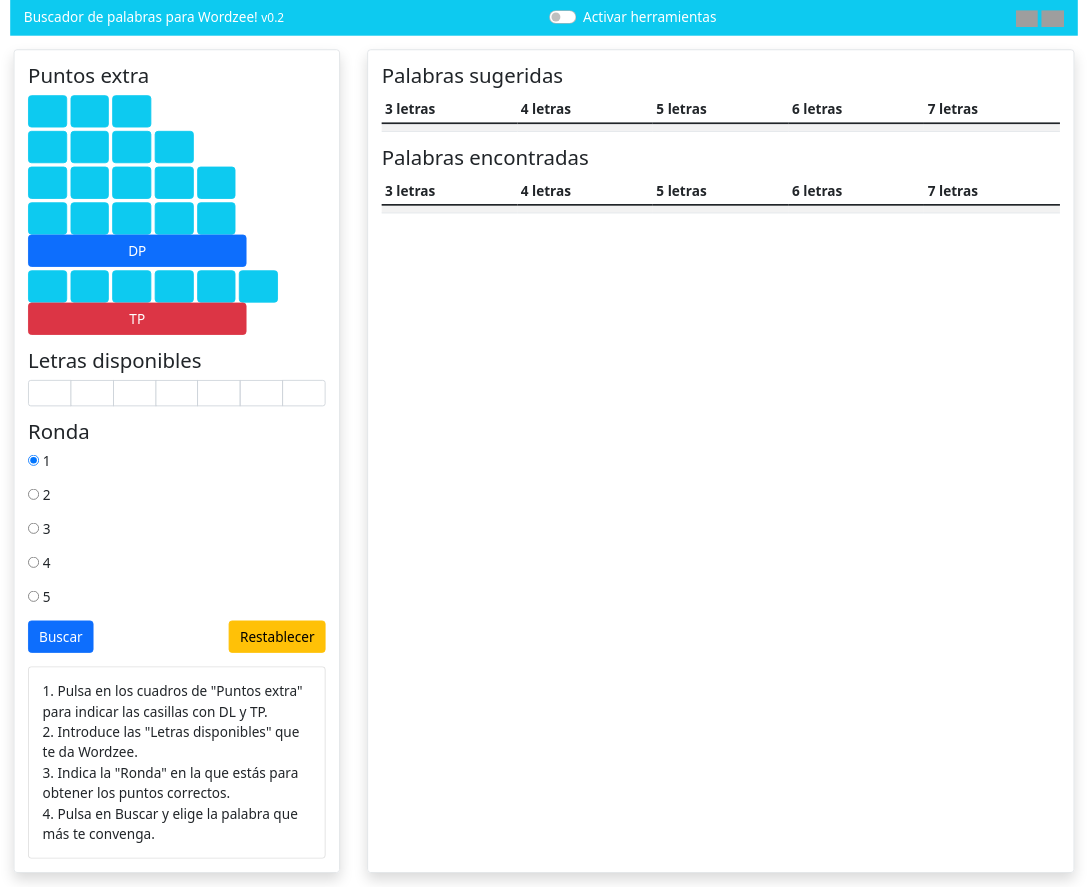
Repository: angelcafe/wordzee-bp_javascript
Page: index.html
The author's editor kept a copy of each file at every save. The page is drawn from the files as they stood at one save, then again after the next save.
The browser window is 1280 px wide. The pictures show the whole page, at 85% of full size.
Pictures or frames that could not be fetched are drawn as grey boxes.

Above is the page before, as saved 2021-10-22 22:25:12.

After the next save:
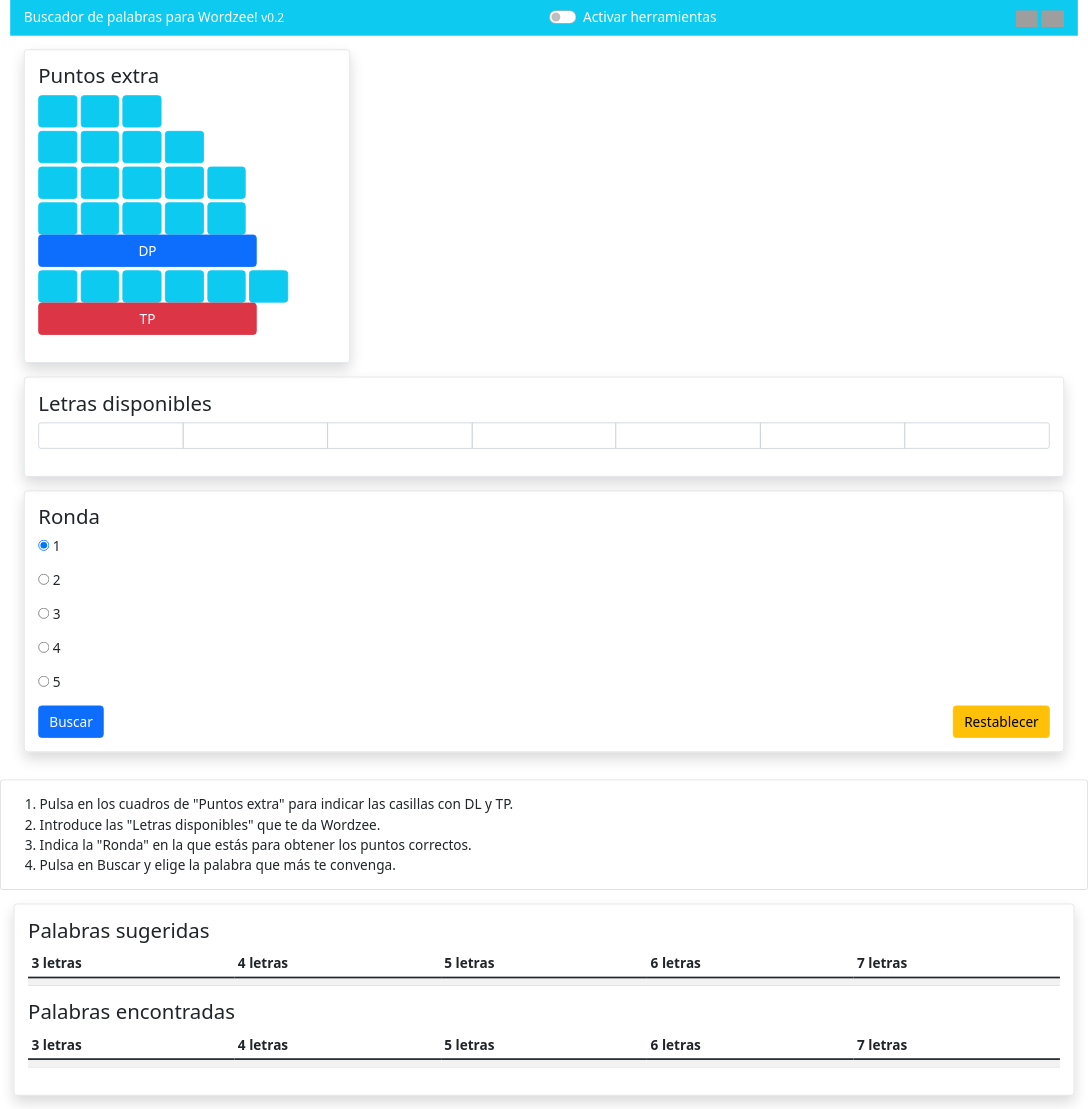
Saved 3 min 6 s later.
--- a/index.html
+++ b/index.html
@@ -37,8 +37,8 @@
         </nav>
         <div class="row">
             <!-- Puntos extra -->
-            <div id="idPuntosExtra" class="col border shadow rounded m-3 p-3">
-                <form name="principal" id="principal" method="POST">
+            <form name="principal" id="principal" method="POST">
+                <div id="idPuntosExtra" class="col border shadow rounded m-3 p-3">
                     <h4>Puntos extra</h4>
                     <div class="p-0 mb-1">
                         <input type="text" name="pal3let1" id="pal3let1" class="btn btn-info" value="" readonly>
@@ -75,6 +75,8 @@
                         <input type="text" name="pal7let6" id="pal7let6" class="btn btn-info" value="" readonly>
                         <input type="text" name="pal7let7" id="pal7let7" class="btn btn-info" value="" readonly>
                     </div>
+                </div>
+                <div id="idLetrasDisponibles" class="col border shadow rounded m-3 p-3">
                     <h4>Letras disponibles</h4>
                     <div class="input-group input-group-sm mb-3" id="letras">
                         <input type="text" name="letra1" id="idLetra1" size="1" maxlength="1" autocomplete="off" required="required" class="form-control text-uppercase" value="">
@@ -85,6 +87,8 @@
                         <input type="text" name="letra6" id="idLetra6" size="1" maxlength="1" autocomplete="off" required="required" class="form-control text-uppercase" value="">
                         <input type="text" name="letra7" id="idLetra7" size="1" maxlength="1" autocomplete="off" required="required" class="form-control text-uppercase" value="">
                     </div>
+                </div>
+                <div id="idRonda" class="col border shadow rounded m-3 p-3">
                     <h4>Ronda</h4>
                     <div class="custom-control custom-radio custom-control-inline mb-3">
                         <input type="radio" id="idRonda1" name="ronda" value="1" class="custom-control-input" checked>
@@ -110,17 +114,17 @@
                         <button type="submit" class="btn btn-primary">Buscar</button>
                         <button type="button" onclick="restablecer()" class="btn btn-warning">Restablecer</button>
                     </div>
-                </form>
-                <div class="card mt-3">
-                    <div class="card-body">
-                        1. Pulsa en los cuadros de "Puntos extra" para indicar las casillas con DL y TP.
-                        <br>
-                        2. Introduce las "Letras disponibles" que te da Wordzee.
-                        <br>
-                        3. Indica la "Ronda" en la que estás para obtener los puntos correctos.
-                        <br>
-                        4. Pulsa en Buscar y elige la palabra que más te convenga.
-                    </div>
+                </div>
+            </form>
+            <div class="card mt-3">
+                <div class="card-body">
+                    1. Pulsa en los cuadros de "Puntos extra" para indicar las casillas con DL y TP.
+                    <br>
+                    2. Introduce las "Letras disponibles" que te da Wordzee.
+                    <br>
+                    3. Indica la "Ronda" en la que estás para obtener los puntos correctos.
+                    <br>
+                    4. Pulsa en Buscar y elige la palabra que más te convenga.
                 </div>
             </div>
             <!-- Herramientas -->
